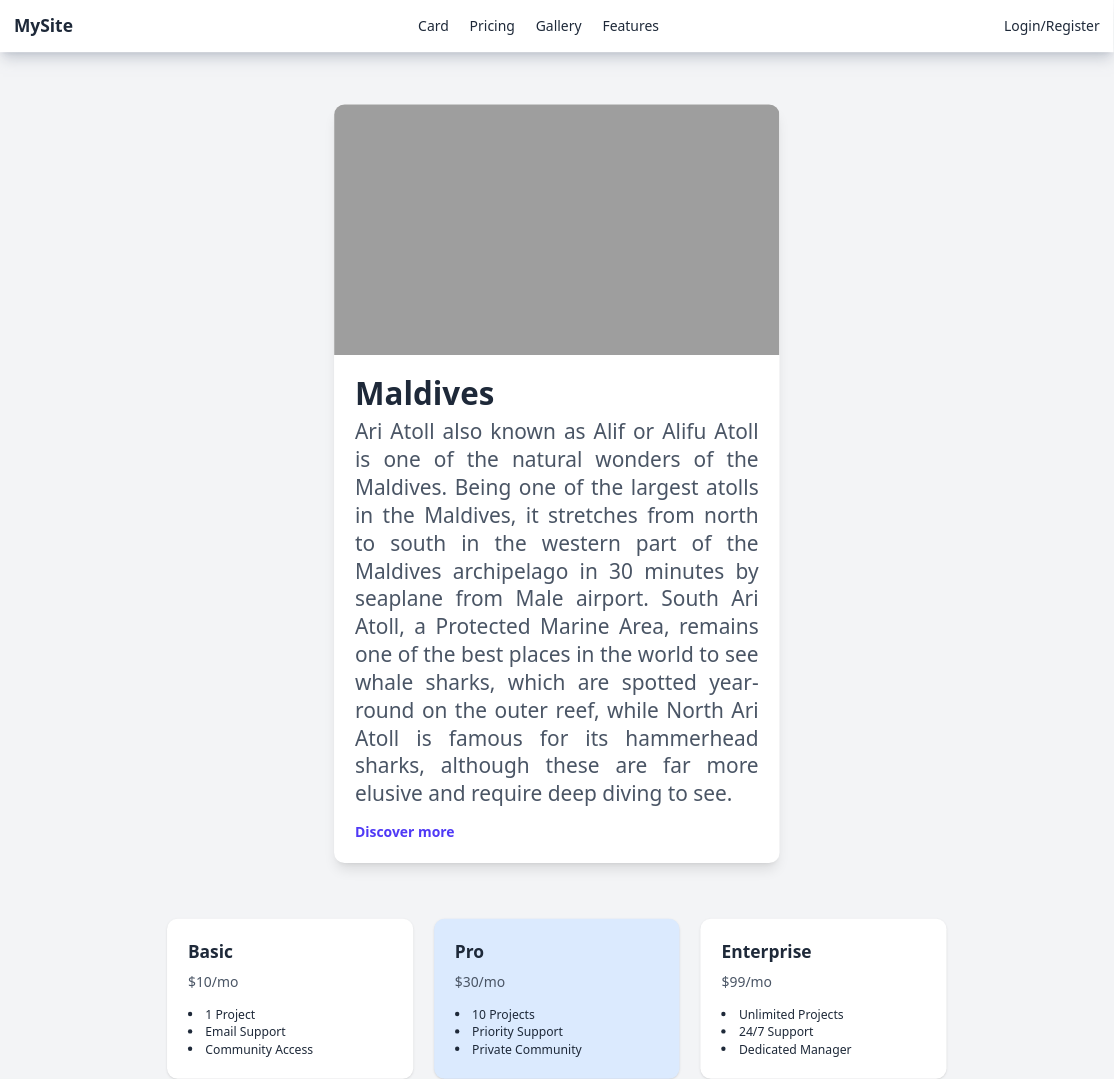
Repository: DinTri/TailwindInASimpleWebApp
Page: src/index.html
These files come from the project's save history. The page is drawn as it stood at one moment and after the next save; the edit follows.
The browser window is 1280 px wide. The pictures show the whole page, at 87% of full size.
Pictures or frames that could not be fetched are drawn as grey boxes.

Above is the page before, as saved 2025-06-22 23:22:43.
Console error: TypeError: Cannot read properties of null (reading 'addEventListener')

### src/index.html
<!doctype html>
<html lang="en">
  <head>
    <meta charset="utf-8" />
    <meta http-equiv="X-UA-Compatible" content="IE=edge" />
    <title>Responsive card</title>
    <meta name="description" content="" />
    <meta name="viewport" content="width=device-width, initial-scale=1" />
    <link rel="stylesheet" href="./css/style.css" />
    <script src="./src/js/main.js"></script>
  </head>
  <body class="bg-gray-100 pt-20 text-gray-800">
    <nav
      class="fixed top-0 left-0 z-50 w-full bg-white p-4 shadow-lg shadow-gray-400/50 transition-shadow duration-300"
      id="navbar"
    >
      <div class="flex items-center justify-between">
        <div class="text-xl font-bold">MySite</div>
        <button id="navToggle" class="text-2xl md:hidden">☰</button>
        <div class="hidden flex-1 items-center justify-center md:flex">
          <ul id="navLinks" class="flex gap-6">
            <li><a href="#card" class="block hover:text-blue-600">Card</a></li>
            <li>
              <a href="#pricing" class="block hover:text-blue-600">Pricing</a>
            </li>
            <li>
              <a href="#gallery" class="block hover:text-blue-600">Gallery</a>
            </li>
            <li>
              <a href="#features" class="block hover:text-blue-600">Features</a>
            </li>
          </ul>
        </div>
        <ul class="hidden items-center gap-6 md:flex">
          <li>
            <a href="#forms" class="block hover:text-blue-600"
              >Login/Register</a
            >
          </li>
        </ul>
      </div>
    </nav>
    <section
      id="card"
      class="ld:max-w-xl mx-auto mt-10 max-w-sm overflow-hidden rounded-xl bg-white shadow-lg sm:max-w-md md:max-w-lg"
    >
      <img
        class="h-48 w-full object-cover sm:h-56 md:h-64 lg:h-72"
        src="https://pix6.agoda.net/hotelImages/7540268/0/a30c55b932f277ae29eabd2a6cc873db.jpg?s=1024x768"
        alt="Maldives"
      />
      <div class="p-6">
        <h2 class="mb-2 text-xl font-bold sm:text-2xl md:text-3xl lg:text-4xl">
          Maldives
        </h2>
        <p class="mt-2 mb-4 text-justify text-gray-600 sm:text-xl md:text-2xl">
          Ari Atoll also known as Alif or Alifu Atoll is one of the natural
          wonders of the Maldives. Being one of the largest atolls in the
          Maldives, it stretches from north to south in the western part of the
          Maldives archipelago in 30 minutes by seaplane from Male airport.
          South Ari Atoll, a Protected Marine Area, remains one of the best
          places in the world to see whale sharks, which are spotted year-round
          on the outer reef, while North Ari Atoll is famous for its hammerhead
          sharks, although these are far more elusive and require deep diving to
          see.
        </p>
        <a href="#" class="font-semibold text-indigo-600 hover:text-indigo-700"
          >Discover more</a
        >
      </div>
    </section>
    <section
      id="pricing"
      class="mx-auto mt-16 grid max-w-4xl grid-cols-1 gap-6 md:grid-cols-3"
    >
      <div class="rounded-xl bg-white p-6 shadow">
        <h3 class="text-xl font-bold">Basic</h3>
        <p class="mt-2 text-gray-600">$10/mo</p>
        <ul class="mt-4 list-inside list-disc text-sm">
          <li>1 Project</li>
          <li>Email Support</li>
          <li>Community Access</li>
        </ul>
      </div>
      <div class="rounded-xl bg-blue-100 p-6 shadow">
        <h3 class="text-xl font-bold">Pro</h3>
        <p class="mt-2 text-gray-600">$30/mo</p>
        <ul class="mt-4 list-inside list-disc text-sm">
          <li>10 Projects</li>
          <li>Priority Support</li>
          <li>Private Community</li>
        </ul>
      </div>
      <div class="rounded-xl bg-white p-6 shadow">
        <h3 class="text-xl font-bold">Enterprise</h3>
        <p class="mt-2 text-gray-600">$99/mo</p>
        <ul class="mt-4 list-inside list-disc text-sm">
          <li>Unlimited Projects</li>
          <li>24/7 Support</li>
          <li>Dedicated Manager</li>
        </ul>
      </div>
    </section>
  </body>
</html>

Loaded but not shown: src/js/main.js (44 lines, source omitted); src/css/style.css (1690 lines, source omitted)

After the next save:
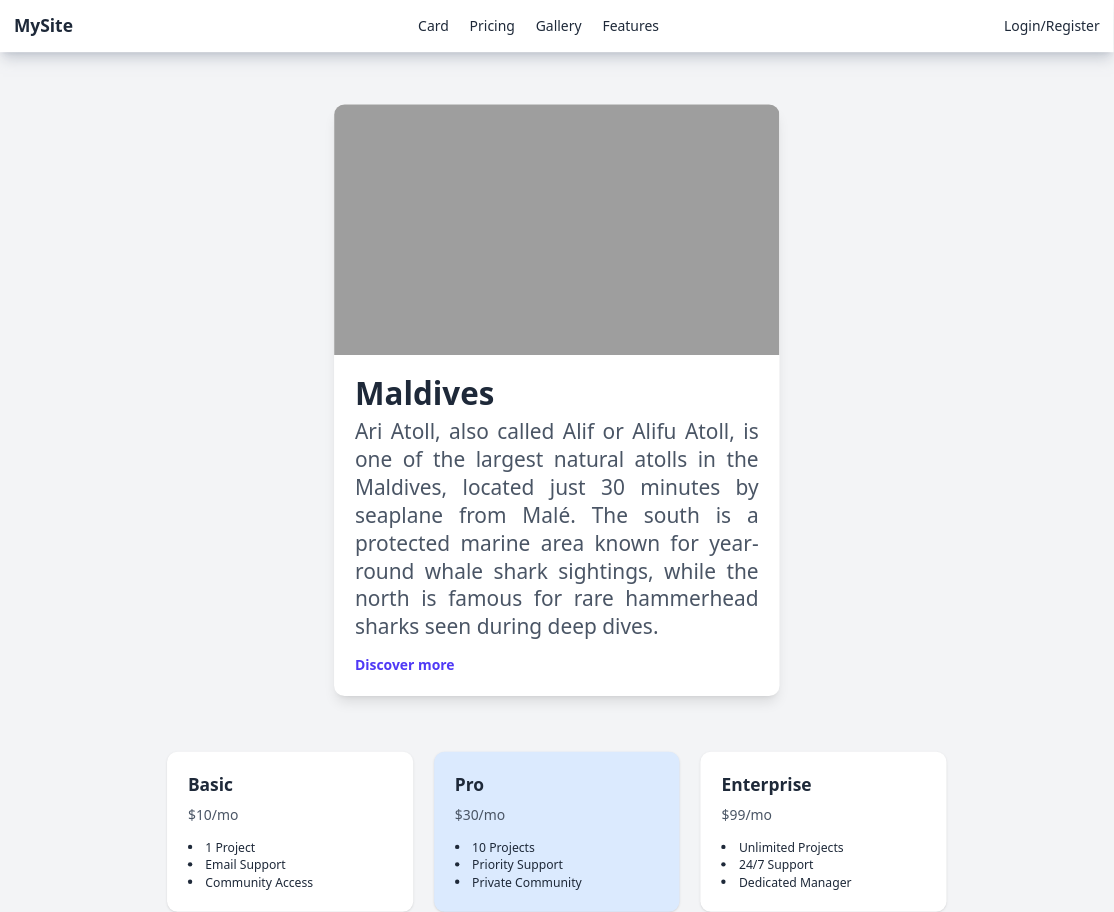
Saved 79 s later.
--- a/src/index.html
+++ b/src/index.html
@@ -54,15 +54,11 @@
           Maldives
         </h2>
         <p class="mt-2 mb-4 text-justify text-gray-600 sm:text-xl md:text-2xl">
-          Ari Atoll also known as Alif or Alifu Atoll is one of the natural
-          wonders of the Maldives. Being one of the largest atolls in the
-          Maldives, it stretches from north to south in the western part of the
-          Maldives archipelago in 30 minutes by seaplane from Male airport.
-          South Ari Atoll, a Protected Marine Area, remains one of the best
-          places in the world to see whale sharks, which are spotted year-round
-          on the outer reef, while North Ari Atoll is famous for its hammerhead
-          sharks, although these are far more elusive and require deep diving to
-          see.
+          Ari Atoll, also called Alif or Alifu Atoll, is one of the largest
+          natural atolls in the Maldives, located just 30 minutes by seaplane
+          from Malé. The south is a protected marine area known for year-round
+          whale shark sightings, while the north is famous for rare hammerhead
+          sharks seen during deep dives.
         </p>
         <a href="#" class="font-semibold text-indigo-600 hover:text-indigo-700"
           >Discover more</a
